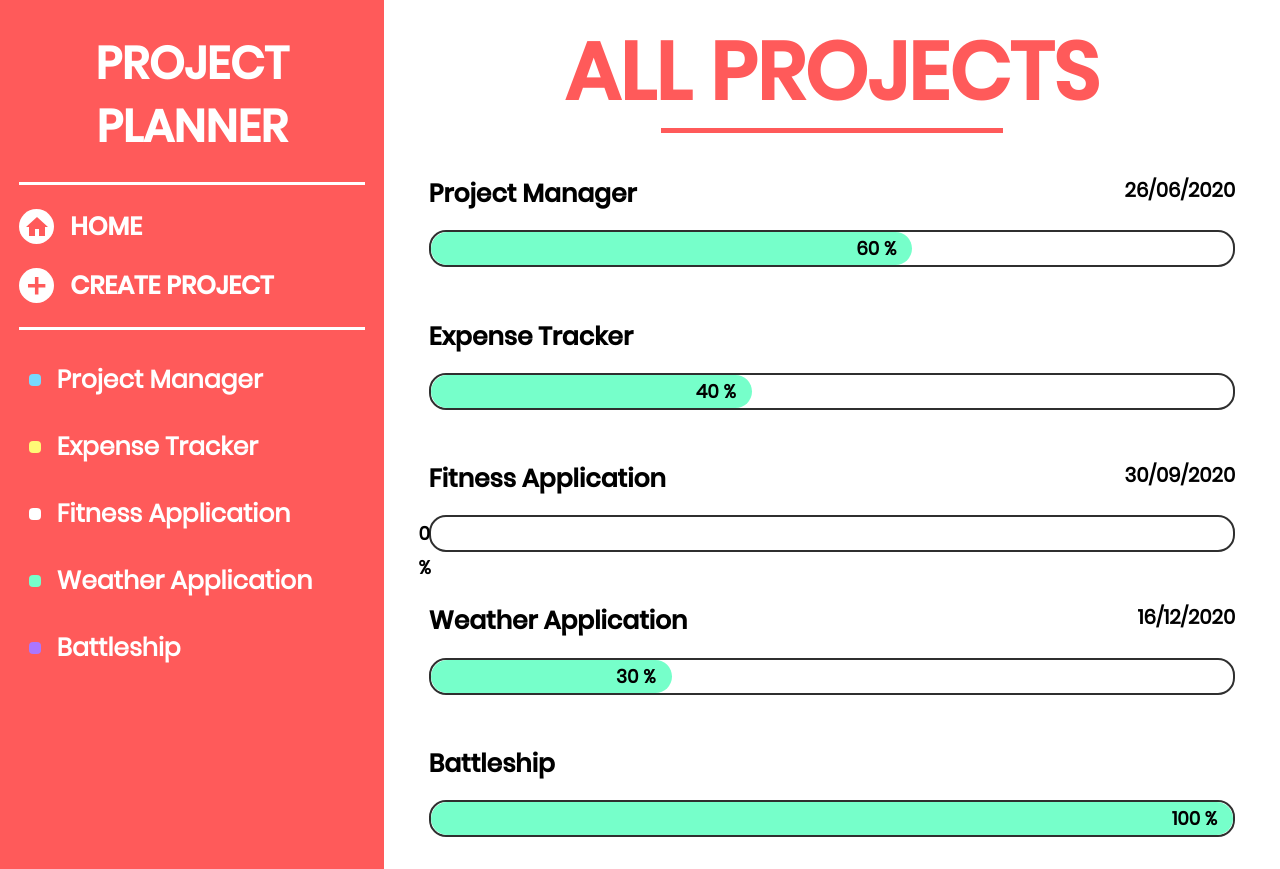
Repository: AzharMoosa/project-manager
Page: /
These files come from the project's save history. The page is drawn as it stood at one moment and after a run of saves; the edit follows.
The browser window is 1280 px wide. The pictures show the whole page.
The project was rebuilt for these pictures with package versions that can differ from the ones it lists, and the page was loaded fresh each time.

Above is the page before, as saved 2020-06-22 11:28:53.

After the next 3 saves:
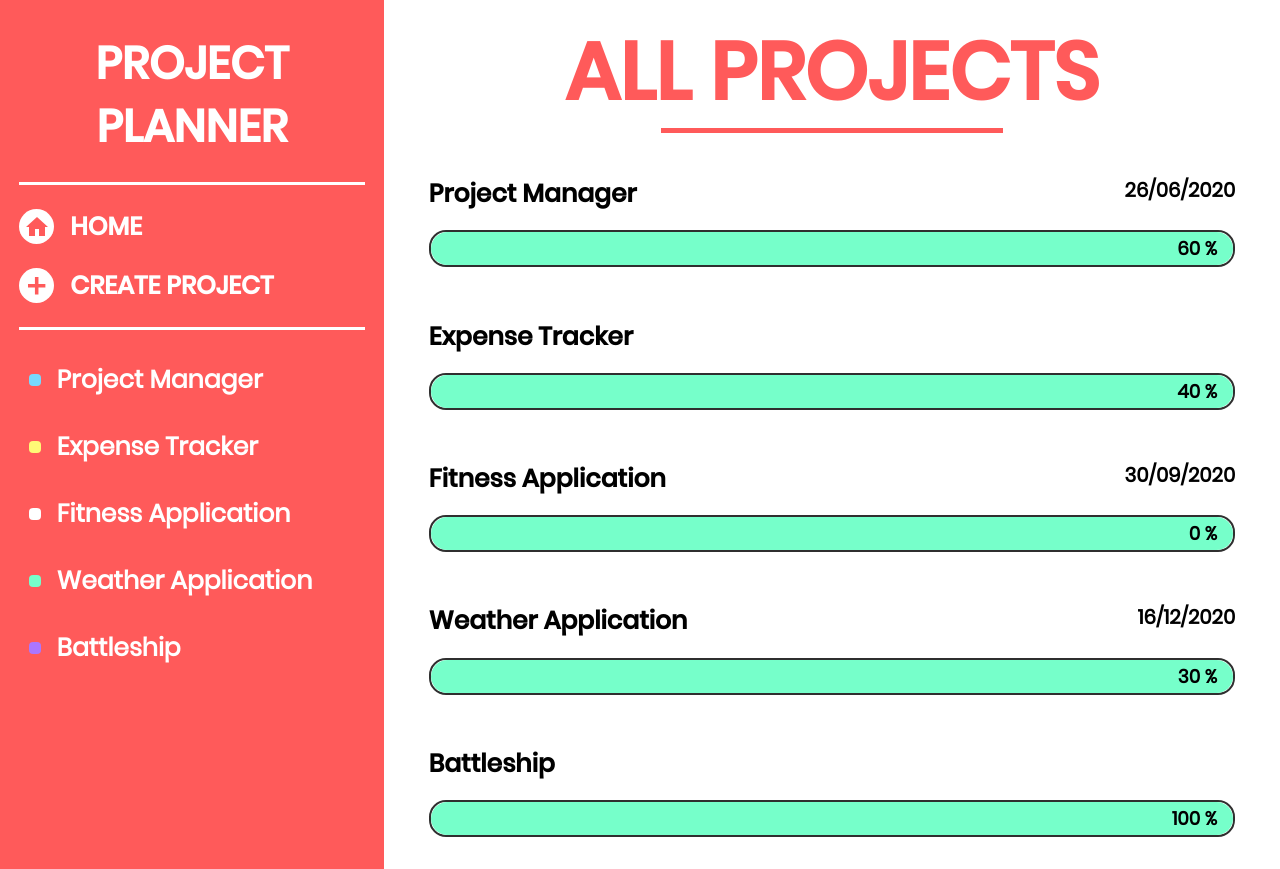
The 3 saves are shown as one change because 2 did not build or start.
The last was saved 30 s later.
--- a/src/components/home/ProgressBar.js
+++ b/src/components/home/ProgressBar.js
@@ -9,7 +9,7 @@
   };
   return (
     <div className='progressbar'>
-      <div style={{ width: `${progress}%` }}>
+      <div style={{ progressWidth }}>
         {" "}
         <h3>{progress} %</h3>
       </div>

After the 5 saves that followed:
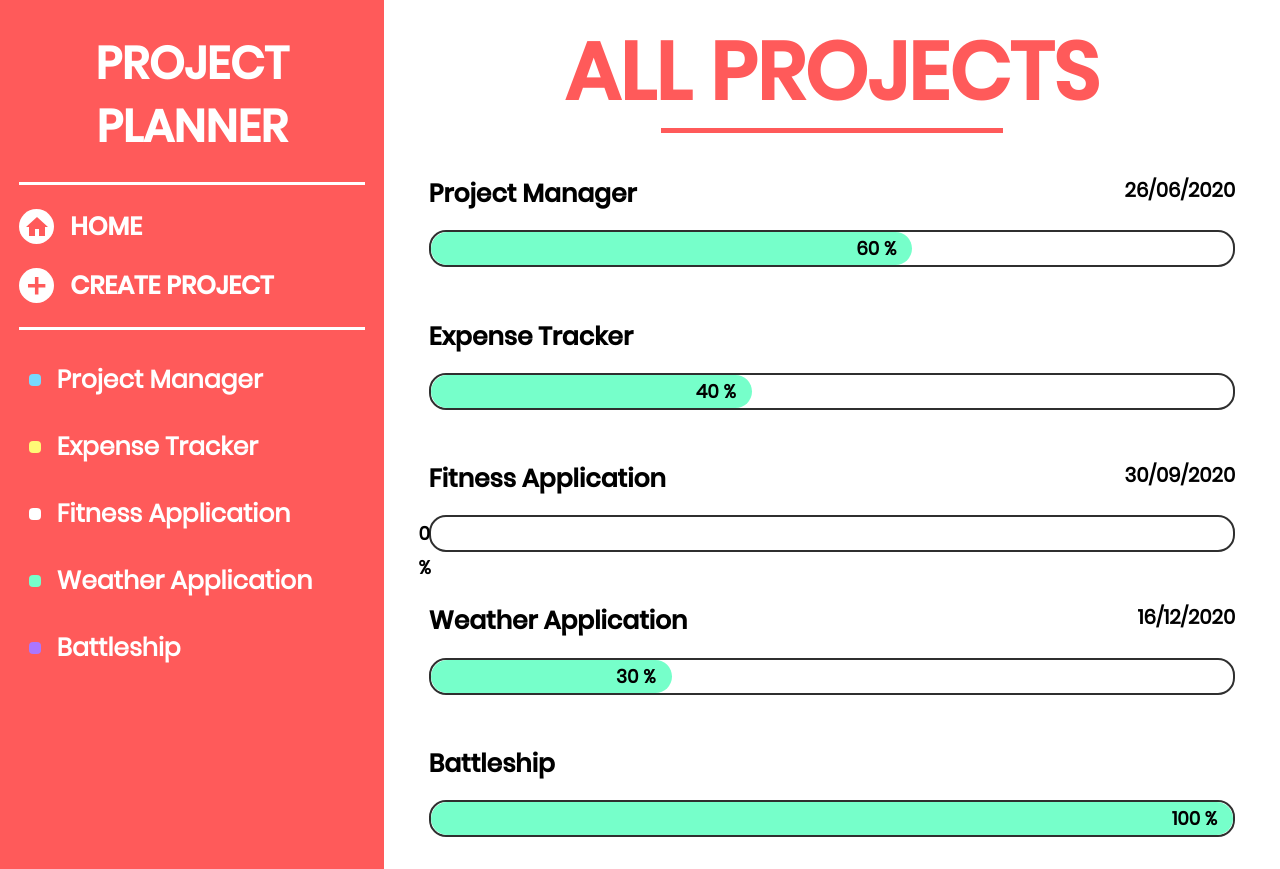
The 5 saves are shown as one change because 4 did not build or start.
The last was saved 74 s later.
--- a/src/components/home/ProgressBar.js
+++ b/src/components/home/ProgressBar.js
@@ -1,15 +1,9 @@
 import React from "react";
 
 const ProgressBar = ({ progress }) => {
-  const progressWidth = () => {
-    if (progress === 0) {
-    }
-
-    return progress;
-  };
   return (
     <div className='progressbar'>
-      <div style={{ progressWidth }}>
+      <div style={{ width: `${progress}%` }}>
         {" "}
         <h3>{progress} %</h3>
       </div>
